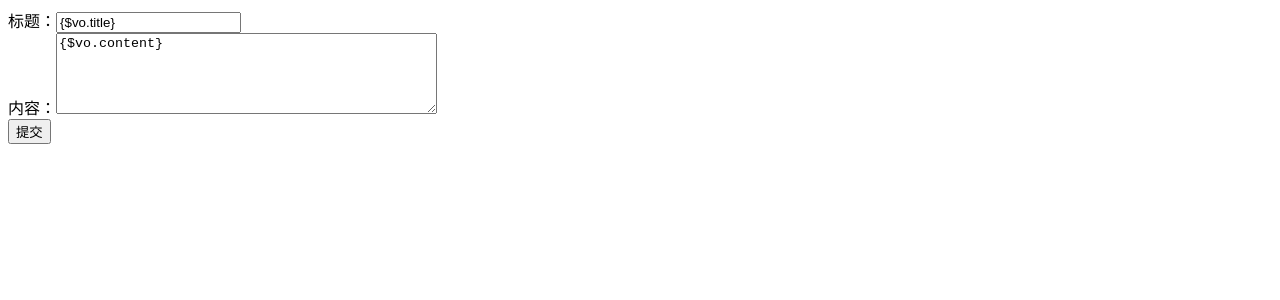
Repository: yonghuisu/THUVote
Page: LocalProject/Application/Home/View/Vote/edit.html
An editor plug-in stored every save of this project. The page is shown before and after the next save, followed by the edit.
The browser window is 1280 px wide. The pictures show the whole page.

Above is the page before, as saved 2014-04-14 10:56:52.

### LocalProject/Application/Home/View/Vote/edit.html
  <FORM method="post" action="__URL__/update">
    标题：<INPUT type="text" name="title" value="{$vo.title}"><br/>
    内容：<TEXTAREA name="content" rows="5" cols="45">{$vo.content}</TEXTAREA><br/>
    <INPUT type="hidden" name="id" value="{$vo.id}">
    <INPUT type="submit" value="提交">
  </FORM>

After the next save:
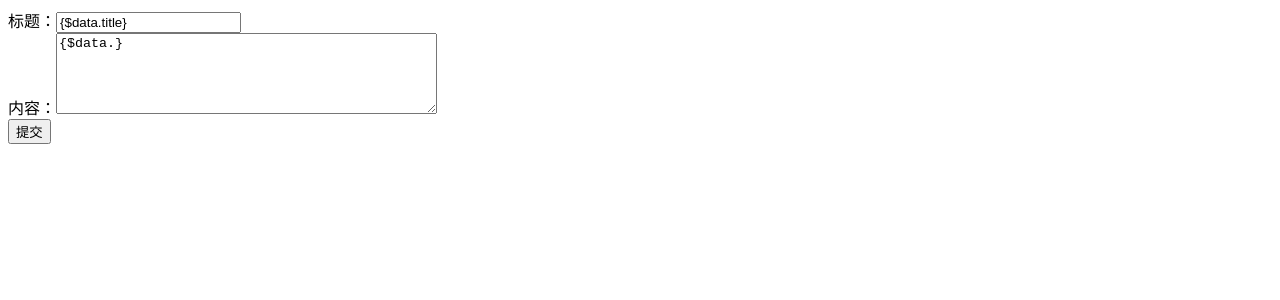
Saved 61 s later.
--- a/LocalProject/Application/Home/View/Vote/edit.html
+++ b/LocalProject/Application/Home/View/Vote/edit.html
@@ -1,6 +1,7 @@
   <FORM method="post" action="__URL__/update">
-    标题：<INPUT type="text" name="title" value="{$vo.title}"><br/>
-    内容：<TEXTAREA name="content" rows="5" cols="45">{$vo.content}</TEXTAREA><br/>
-    <INPUT type="hidden" name="id" value="{$vo.id}">
+
+    标题：<INPUT type="text" name="title" value="{$data.title}"><br/>
+    内容：<TEXTAREA name="content" rows="5" cols="45">{$data.}</TEXTAREA><br/>
+    <INPUT type="hidden" name="id" value="{$data.id}">
     <INPUT type="submit" value="提交">
   </FORM>
